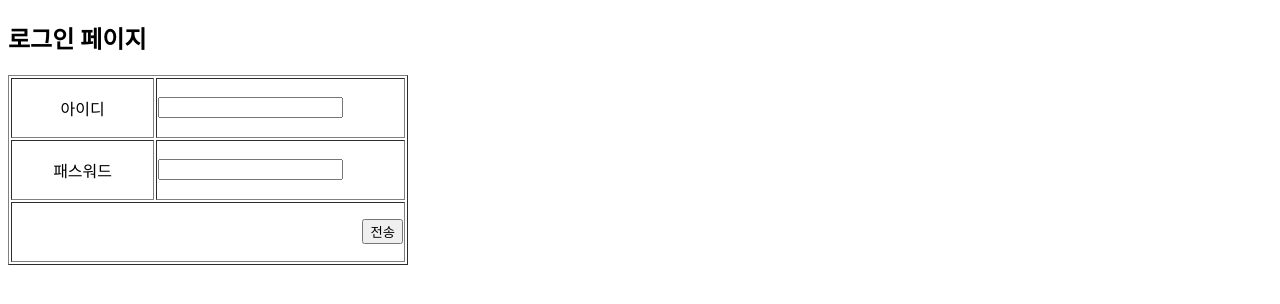
Repository: ohseung-web/OTjsp2026
Page: http://localhost/chapter/RequestLogin.jsp
The author's editor kept a copy of each file at every save. The page is drawn from the files as they stood at one save, then again after the next save.
The browser window is 1280 px wide. The pictures show the whole page.
The page is served by Tomcat 9.

Above is the page before, as saved 2026-10-17 05:59:51.

After the next save:
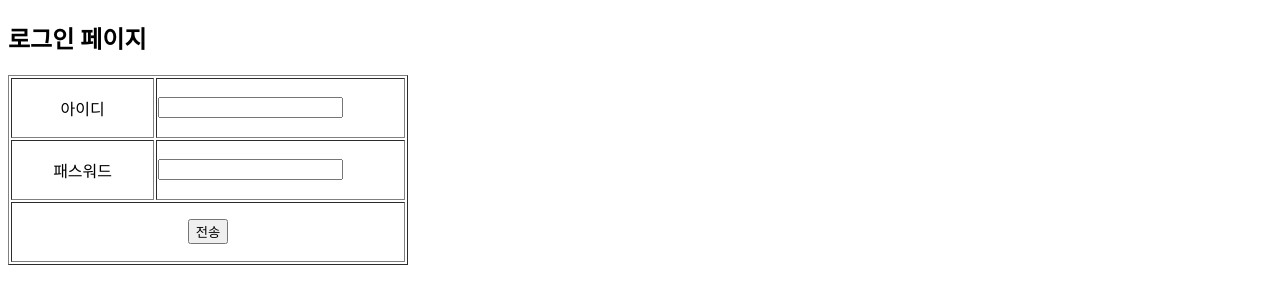
Saved 16 s later.
--- a/chapter/src/main/webapp/RequestLogin.jsp
+++ b/chapter/src/main/webapp/RequestLogin.jsp
@@ -26,7 +26,7 @@
 				</td>
 			</tr>
 			<tr height="60">
-				<td colspan="2" align="right" width="150">
+				<td colspan="2" align="center" width="150">
 					<input type="submit" value="전송">
 				</td>
 			</tr>
